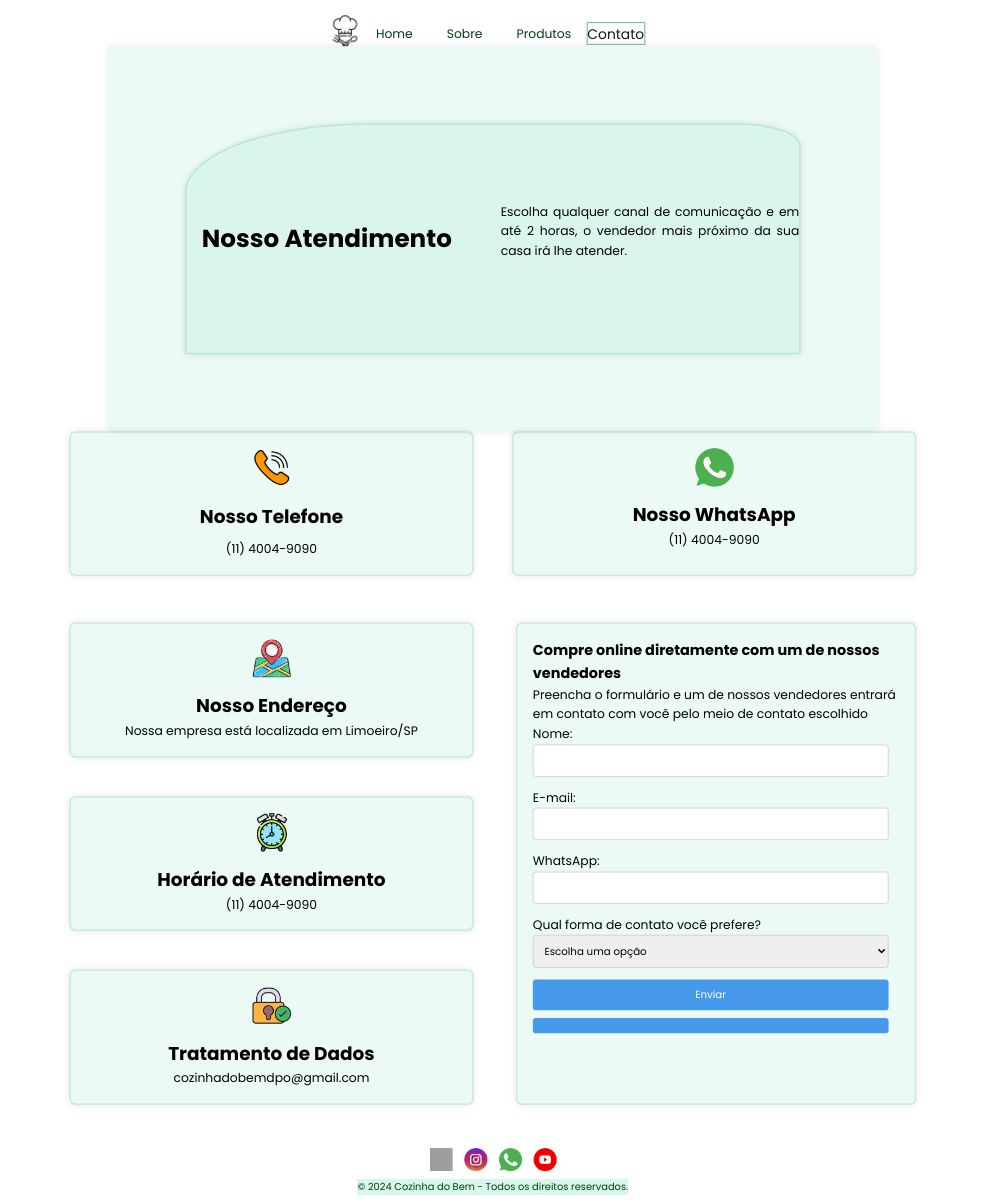
Repository: Thalia-Nataly/Cozinha-do-Bem-Proz
Page: contato.html
These files come from the project's save history. The page is drawn as it stood at one moment and after a run of saves; the edit follows.
The browser window is 1280 px wide. The pictures show the whole page, at 77% of full size.
Pictures or frames that could not be fetched are drawn as grey boxes.

Above is the page before, as saved 2024-08-25 19:20:09.

### contato.html
<!DOCTYPE html>
<html lang="pt-br">
<head>
    <meta charset="UTF-8">
    <meta name="viewport" content="width=device-width, initial-scale=1.0">
    <title>Contato</title>
    <link rel="icon" href="Imagens/favicon.jpg" type="image/jpg">
    <!-- CSS -->
    <link rel="stylesheet" href="css/stylegeral.css">
    <!-- JS -->
    <script src="js/menu.js" defer></script>
    <!-- Google Fonts -->
    <link rel="preconnect" href="https://fonts.googleapis.com">
    <link rel="preconnect" href="https://fonts.gstatic.com" crossorigin>
    <link href="https://fonts.googleapis.com/css2?family=Poppins:wght@100;200;300;400;500;600;700;800;900&display=swap" rel="stylesheet">
</head>
<body>
    <!-- Topo -->
    <a id="top"></a>

    <!-- Cabeçalho -->
    <header id="header">
       <div class="interface">
            <section class="logo">
                <img class="logo-branca" src="Imagens/logo.jpg" alt="Logo">
                <img class="logo-preto" src="Imagens/logo.jpg" alt="Logo">
            </section>
            <section class="menu-desktop">
                <nav>
                    <ul>
                        <li><a href="home.html">Home</a></li>
                        <li><a href="sobre.html">Sobre</a></li>
                        <li><a href="produtos.html">Produtos</a></li>
                    </ul>
                </nav>
            </section>
            <section class="btn-contato">
                <a href="contato.html">
                    <button>Contato</button>
                </a>
            </section>
        </div>
    </header>

    <!-- Main -->
    <main>
        <div class="main-content">
            <div class="box-conteiners">
                <div class="box-content">
                    <h1>Nosso Atendimento</h1>
                    <p><span>Escolha qualquer canal de comunicação e em até 2 horas, o vendedor mais próximo da sua casa irá lhe atender.</span></p>
                </div>
            </div>
        </div>

        <!-- Seções de Contato -->
        <div class="contact-container">
            <!-- Contêiner que contém o telefone e o WhatsApp -->
            <div class="contact-info-container">
                <div class="contact-info">
                    <div class="contact-box phone-box">
                        <img src="Imagens\telefone.png" alt="Ícone de Telefone" class="contact-icon">
                        <h2>Nosso Telefone</h2>
                        <p>(11) 4004-9090</p>
                    </div>
                    <div class="contact-box whatsapp-box">
                        <img src="Imagens\whatsapp_2504845.png" alt="Ícone de whatsapp" class="contact-icon">
                        <h2>Nosso WhatsApp</h2>
                        <p>(11) 4004-9090</p>
                    </div>
                </div>
            </div>

            <!-- Contêiner que contém os detalhes de contato e o formulário -->
            <div class="contact-details-form-container">
                <!-- Detalhes de contato -->
                <div class="contact-details">
                    <div class="contact-box">
                        <img src="Imagens\localização.png" alt="Ícone de Endereço" class="contact-icon">
                        <h2>Nosso Endereço</h2>
                        <p>Nossa empresa está localizada em Limoeiro/SP</p>
                    </div>
                    <div class="contact-box">
                        <img src="Imagens\horario.png" alt="Ícone de Relógio" class="contact-icon">
                        <h2>Horário de Atendimento</h2>
                        <p>(11) 4004-9090</p>
                    </div>
                    <div class="contact-box">
                        <img src="Imagens\cadeado.png" alt="Ícone de Cadeado" class="contact-icon">
                        <h2>Tratamento de Dados</h2>
                        <p>cozinhadobemdpo@gmail.com</p>
                    </div>
                </div>

                <!-- Formulário -->
                <div class="form-container">
                    <form>
                        <h3>Compre online diretamente com um de nossos vendedores</h3>
                        <p>Preencha o formulário e um de nossos vendedores entrará em contato com você pelo meio de contato escolhido </p>
                        <label for="nome">Nome: </label>
                        <input type="text" name="nome" id="nome" required>
                        <label for="email">E-mail: </label>
                        <input type="email" name="email" id="email" required>
                        <label for="tel">WhatsApp: </label>
                        <input type="tel" name="tel" id="tel" required>
                        <label for="contact-preference">Qual forma de contato você prefere?</label>
                        <select id="contact-preference" name="contact-preference" required>
                            <option value="" disabled selected>Escolha uma opção</option> <!-- Opção vazia que obrigará o usuário a escolher uma das opções abaixo -->
                            <option value="call">Ligação</option>
                            <option value="whatsapp">Mensagem no WhatsApp</option>
                        </select>

                        <button type="submit">Enviar</button>
                        <button type="submit" class="enviar" onclick="Enviar();" value="Enviar" />
                    </form>
                </div>
            </div>
        </div>
    </main>

    <!-- Rodapé -->
    <footer>
        <nav>
            <div class="footer-link">
                <a href="home.html" class="footer-logo">Cozinha do Bem</a>
            </div>
            <div class="social-links">
                <a href="https://www.facebook.com/" target="_blank" rel="noopener noreferrer">
                    <img src="Imagens/social_13051757.png" alt="Facebook"></a>
                <a href="https://www.instagram.com/" target="_blank" rel="noopener noreferrer">
                    <img src="Imagens/instagram_4494489.png" alt="Instagram"></a>
                <a href="https://wa.me/5544332156489" target="_blank" rel="noopener noreferrer">
                    <img src="Imagens/whatsapp_2504845.png" alt="Whatsapp"></a>
                <a href="https://www.youtube.com/" target="_blank" rel="noopener noreferrer">
                    <img src="Imagens/youtube_4494485.png" alt="Youtube"></a>
            </div>
            <p class="copyright">© 2024 Cozinha do Bem - Todos os direitos reservados.</p>
        </nav>
    </footer>
    <a href="#top" class="back-to-top">Voltar ao topo</a>
</body>
</html>

### css/stylegeral.css
/*reset*/
* {
    margin: 0;
    padding: 0;
    box-sizing: border-box;
    font-family: "Poppins", sans-serif;
}

/*----------------------------------------------------------------*/
/*media queries para ajustar o layout em diferentes tamanhos de tela.*/
@media (max-width: 768px) {
    .menu-desktop {
        display: none;
    }

    .menu-mobile {
        display: block;
    }
}

/*----------------------------------------------------------------*/
body {
    background-repeat: no-repeat, repeat;
    background-attachment: scroll, fixed;
    background-size: cover;
    line-height: 1.6;
    margin: 0;
    padding: 0;
    box-sizing: border-box;

}



/*----------------------------------------------------------------*/

/*PRODUTOS */
/* Cabeçalho */

main {

    margin-top: 60px;
}

.main-content {
    width: 1000%;
    max-width: 1000px;
    margin: 0 auto;
    padding: 80px;
    font-family: Arial, sans-serif;
    box-shadow: 0 0 10px rgba(0, 0, 0, 0.1);
    background-color: rgba(122, 223, 189, 0.153);
    border-radius: 8px;
}

.main-content h1 {
    margin-bottom: 20px;
    padding: 50px;

}

.main-content h3 {
    margin-top: 20px;
    margin-bottom: 10px;
}

.main-content p {
    margin-bottom: 20px;
}

.main-content ul {
    margin-bottom: 20px;
}

.main-content ul li {
    margin-bottom: 10px;
}

.main-content img {
    display: block;
    margin: 10px 0;
}



/* Main */
.content-container {
    display: flex;
    align-items: flex-start;
    gap: 15px;
    max-width: 1000px;
    margin-bottom: 50px;
    padding: 20px;
}

.text-box1 .text-box2 .text-box3 {
    border-radius: 8px;
    padding: 20px;
    box-sizing: border-box;
    max-width: 2000px;
    height: 650px;
}

.text-box1 {
    background-color: #aae5e8;
    flex: 1;
}

.text-box2 {
    background-color: #dbaaa3;
    flex: 1;
}

.text-box3 {
    background-color: #f7e7b2;
    flex: 1;
}

.image-box {
    flex: 1;
    max-width: 300px;
    height: 300px;
}

.image-right img {
    float: right;
    width: 200px;
    height: 200px;
}

.image-box img {
    width: 98%;
    height: 98%;
    border-radius: 8px;
    box-shadow: #000000;
    align-content: center;
}

.chips-container {
    background-color: #aae5e8;
    border-radius: 1%;
}

.arroz-container {
    background-color: #dbaaa3;
    border-radius: 1%;
}

.pizza-container {
    background-color: #f7e7b2;
    border-radius: 1%;
}

/*----------------------------------------------------------------*/
/* Formulário produto*/
.form-container {
    background-color: #7ad4ed24;
    border: 1px solid #ddd;
    border-radius: 8px;
    padding: 20px;
    box-shadow: 0 4px 8px rgba(0, 0, 0, 0.1);
    max-width: 1000px;
    margin: 0 auto;
    display: block;
    margin-top: 50px;
}

.form-container input,
.form-container button {
    display: block;
    width: 97%;
    margin-bottom: 10px;
    padding: 10px;
    border-radius: 4px;
    border: 1px solid #ddd;
    box-sizing: border-box;
}

.form-container button {
    background-color: #4799eb;
    color: #fff;
    border: none;
    cursor: pointer;
}

.form-container button:hover {
    background-color: #0056b3;
}


/*----------------------------------------------------------------*/


/* Footer GERAL */
footer {
    align-items: center;
    text-align: center;
    list-style: none;
}

.footer-logo {
    font-size: 24px;
    font-weight: bold;
    text-decoration: none;
    color: #ffffff;
}

.footer-logo:hover {
    color: #000000;
}


footer {
    background-color: transparent;
    padding: 8px;
    text-align: center;
}

footer nav {
    display: flex;
    flex-direction: column;
    align-items: center;
}

footer .footer-link {
    margin-bottom: 10px;
}

footer .social-links {
    display: flex;
    gap: 15px;
    margin-bottom: 10px;
}

footer .social-links a {
    text-decoration: none;
    color: #ffffff;
}

footer .social-links img {
    width: 30px;
    height: 30px;
    vertical-align: middle
}

footer .redes {
    display: flex;
    gap: 15px;
    margin-bottom: 10px;
}

ul.redes img {
    width: 30px;
    height: 30px;
    vertical-align: middle;
    list-style-type: none;
}


footer .social-links a:hover {
    color: #000000;
}

footer p {
    font-size: 0.8em;
    color: #ffffff;
    margin-top: 0;
}

.copyright {
    align-items: center;
    text-align: center;
    background-color: rgba(122, 223, 189, 0.293);
    color: rgb(3, 64, 5);
}

/*----------------------------------------------------------------*/

/* Botão "Voltar ao topo" */
.back-to-top {
    position: fixed;
    bottom: 10px;
    bottom: 33px;
    right: 20px;
    background-color: #ffffff;
    color: #0ba22f;
    padding: 10px;
    border-radius: 8px;
    text-decoration: none;
    font-size: 14px;
    box-shadow: 0 2px 4px rgba(0, 0, 0, 0.2);
    z-index: 1000;
    border: 2px solid #047110;

}

.back-to-top:hover {
    background-color: #047110;
    color: #ffffff;
}

/*----------------------------------------------------------------*/
/* Home video*/


.banner {
    width: 100%;
    height: 98vh;
    overflow: hidden;
    display: flex;
    justify-content: center;
    align-items: center;
}

.banner video {
    position: fixed;
    top: 0;
    left: 0;
    object-fit: cover;
    width: 100%;
    height: 98vh;
    z-index: -1;

}

/*----------------------------------------------------------------*/

/*navbar*/
.interface {
    max-width: 1280px;
    margin: 0 auto;
}

header .btn-contato button:hover {
    background-color: #078d07;
    color: #ffffff;
    transition: all 0.3s ease-in-out;
}

.menu-desktop nav a:hover {
    transform: scale(1.05);
}

/* Estilo do Header */
header {
    width: 100%;
    padding: 20px 0;
    position: fixed;
    top: 0;
    left: 0;

    transition: .5s;
    z-index: 5;
}

header .interface {
    display: flex;
    justify-content: center;
    align-items: center;
    background-color: transparent;

}

header .logo img {
    max-width: 40px;


}

/* ---------------------------------------------------------------- */
/* Estilo do Menu */

header .logo img.logo-preto {
    display: none;
}

header .menu-desktop nav ul {
    list-style-type: none;
}

header .menu-desktop nav ul li {
    display: inline-block;
    margin: 0 20px;
}

header .menu-desktop nav ul li a {
    color: #033915;
    text-decoration: none;
    display: inline-block;
    transition: .2s;
}

.menu-desktop nav a:hover {
    transform: scale(1.05);
}

header .btn-contato,
button .botaosaiba button {
    width: 90px;
    height: 4%;
}

header .btn-contato button,
.hero-site button,
.botaosaiba button {
    font-size: 18px;
    background-color: transparent;
    border: 1px solid #038d5acb;
    color: #171616;
    cursor: pointer;
    transition: .5s;
}

header .btn-contato button:hover,
.hero-site button:hover {
    background-color: #165850;
    color: #fbfffd;

}

header.rolar {
    background-color: #02484691;
    padding: 10px 0;
    box-shadow: 0 0 8px #0bb8a772;

}

header.rolar .menu-desktop nav ul li a {
    color: #ffffff;
}

header.rolar .btn-contato button:hover {
    background-color: #036047;
    color: #ebf5f4;
}

header.rolar .logo img.logo-branca {
    display: none;
}

header.rolar .logo img.logo-preto {
    display: block;
}

/*Hero-site*/
section.hero-site {
    height: 98vh;
    color: black;
}

.hero-site .interface {
    display: flex;
    align-items: center;
    height: 100%;
    margin: 0 auto;
}

.hero-site .txt-hero {
    background-color: rgba(122, 223, 189, 0.153);
    border-top-right-radius: 20%;
    border-top-left-radius: 20%;
}

.hero-site .txt-hero h1 {
    font-size: 4em;
    font-weight: 200;
}

.hero-site .txt-hero p {
    font-size: 20px;
    font-weight: 300;
    margin: 25px 0;
}

.hero-site .txt-hero p span {
    display: block;
}

.hero-site button,
.box-img button {
    width: 200px;
    height: 50px;
}

/* C O N T A T O    P Á G I N A   I N Í C I O*/
/* Contêiner principal de contato */
.contact-container {
    display: flex;
    flex-direction: column;
    align-items: center;
    gap: 20px; /* Espaço entre os elementos */
}


/* Contêiner que contém o telefone e o WhatsApp */
.contact-info-container {
    display: flex;
    justify-content: center;
    width: 100%;
    margin-bottom: 20px; /* Diminuir o espaço entre o WhatsApp e a linha de cima */
}

/* Ainhamento entre o telefone e o WhatsApp na mesma linha */
.contact-info {
    display: flex;
    gap: 50px; /* Espaçamento entre o telefone e WhatsApp */
}

/* Style para o telefone e o WhatsApp */
.contact-box {
    border-radius: 8px;
    padding: 20px; /* AAjustar o ícone e o texto */
    box-sizing: border-box;
    text-align: center;
    width: 525px; /* Ajustar a largura */
    background-color: rgba(122, 223, 189, 0.153);
    border: 2px solid #038d5a27;
    box-shadow: 0 0 10px rgba(0, 0, 0, 0.1);
}


/* Box telefone */
.phone-box {
    display: flex;
    flex-direction: column;
    align-items: center;
}

/* ícone telefone */
.contact-icon {
    width: 50px; /* Ajustar tamanho */
    height: auto;
    margin-bottom: 10px; /* Espaço entre a imagem e o texto */
}

/* Style para o título e o texto na caixa de telefone */
.phone-box h2 {
    margin: 10px 0;
}

.phone-box p {
    margin: 0;
}

/* Style para a caixa do WhatsApp */
.whatsapp-box {
    text-align: center;
}

/* Style para o contêiner de detalhes do contato e formulário */
.contact-details-form-container {
    display: flex;
    justify-content: space-between; /* Espaçamento automático para as colunas */
    width: 100%;
    max-width: 1100px; /* Largura máxima das colunas */
    margin-top: 20px; /* Espaço de cima contêiner */
}

/* Style para os detalhes de contato e formulário */
.contact-details, .form-container .form-produtos {
    display: flex;
    flex-direction: column;
    gap: 50px;
    width: 500px; /* Largura fixa para ambas as colunas (sem considerar o form) */
    box-sizing: border-box;
}

/* Style para o formulário */
.form-container
{
    margin-top: 10px; /* Diminuir o espaço entre o form e a linha de cima */
    height: auto; /* Altura do conteúdo */
    background-color: rgba(122, 223, 189, 0.153);
    border: 2px solid #038d5a27;
    box-shadow: 0 0 10px rgba(0, 0, 0, 0.1);
    border-radius: 8px;
    padding: 20px;
    max-width: 1000px;
    margin: 0 auto;
    display: block;
    margin-left: 80px; /* Adicionar espaço à esquerda do form */
}
.form-prodcontainer {
    width: 1000%;
    max-width: 1000px;
    margin: 0 auto;
    padding: 80px;
    font-family: Arial, sans-serif;
    box-shadow: 0 0 10px rgba(0, 0, 0, 0.1);
    background-color: rgba(122, 223, 189, 0.153);
    border-radius: 8px;
}
.form-produtos {
    margin-top: 10px; /* Diminuir o espaço entre o form e a linha de cima */
    height: auto; /* Altura do conteúdo */
    background-color: rgba(122, 223, 189, 0.153);
    border: 2px solid #038d5a27;
    box-shadow: 0 0 10px rgba(0, 0, 0, 0.1);
    border-radius: 8px;
    padding: 20px;
    max-width: 1000px;



}

/* Style dos campos de entrada e botão dentro do form */
.form-container input,
.form-container select,
.form-container button
.form-prodcontainer input,
.form-prodcontainer select
{
    display: block;
    width: 97%;
    margin-bottom: 15px;
    padding: 10px;
    border-radius: 4px;
    border: 1px solid #cccccc; /* Cor da borda dos campos */
    box-sizing: border-box;
}
.form-prodcontainer button{
    height:auto;
    width: 70px;
    margin-bottom: 15px;
    background-color: #4799eb;
    color: white;
    border: none;
    cursor: pointer;
    border-radius: 4px;
}

/* Estilo do botão dentro do form */
.form-container button
.form-prodcontainer  button {
    background-color: #ffffff;
    color: #047110;
    border: none;
    cursor: pointer;
    border: 2px solid #00000027;
}

.form-container button:hover
.form-prodcontainer form button:hover {
    background-color: #047110;
    color: #ffffff;
}



/*----------------------------------------------------------------*/
/* Boxes */
.box-img img {
    width: 200px;
    height: 200px;
}

.box-conteiners {

    padding: 20px;
    max-width: auto;
    height: auto;
    list-style-type: none;
    display: flex;
    justify-content: center;
    align-items: center;
    flex: wrap;



}


.box-content {

    width: 800px;
    height: 300px;
    background-color: rgba(122, 223, 189, 0.153);
    border: 2px solid #038d5a27;
    box-shadow: 0 0 10px rgba(0, 0, 0, 0.1);

    border-start-start-radius: 30%;
    border-start-end-radius: 10%;
    order: 1;
    display: flex;
    justify-content: center;
    align-items: center;
    flex: wrap;




}

.box-content h1 {
    width: 800px;
    display: flex;
    margin-top: 20px;
    align-self: center;
    padding: 20px;

}

.box-content p {
    width: 800px;
    text-align: justify;
    display: block;

    align-self: center;
    flex-direction: left;
}


.box-img {

    width: 250px;
    height: auto;
    align-self: center;
    padding: 20px;



}

.box-img img {
    border-radius: 20%;

}

.box-sobre {

    width: 800px;
    height: auto;
    padding: 20px;
    order: 1;
    border-end-end-radius: 10%;
    border-start-end-radius: 10%;



}

.botaosaiba {
    display: flex;
    align-self: center;
    flex-direction: center;
    order: 1;

}

### js/menu.js

//cor do menu mudar quando rolar p baixo//
let navBar = document.querySelector('#header');

document.addEventListener('scroll', ()=>{
    let scrollTop = window.scrollY;
    if(scrollTop > 0){
        navBar.classList.add('rolar');
    }else{
        navBar.classList.remove('rolar');
    }

} )

// botao voltar ao topo apenas aparecer quando rolar p baixo//
window.onscroll = function() {
    var topButton = document.querySelector('.back-to-top');
    if (document.body.scrollTop > 20 || document.documentElement.scrollTop > 20) {
        topButton.style.display = "block";
    } else {
        topButton.style.display = "none";
    }
};

// formulario de contato//
function Enviar() {

    var nome = document.getElementById("nomeid");

    if (nome.value != "") {
        alert('Obrigado sr(a) ' + nome.value + ' os seus dados foram encaminhados com sucesso');
    }

}

After the next 2 saves:
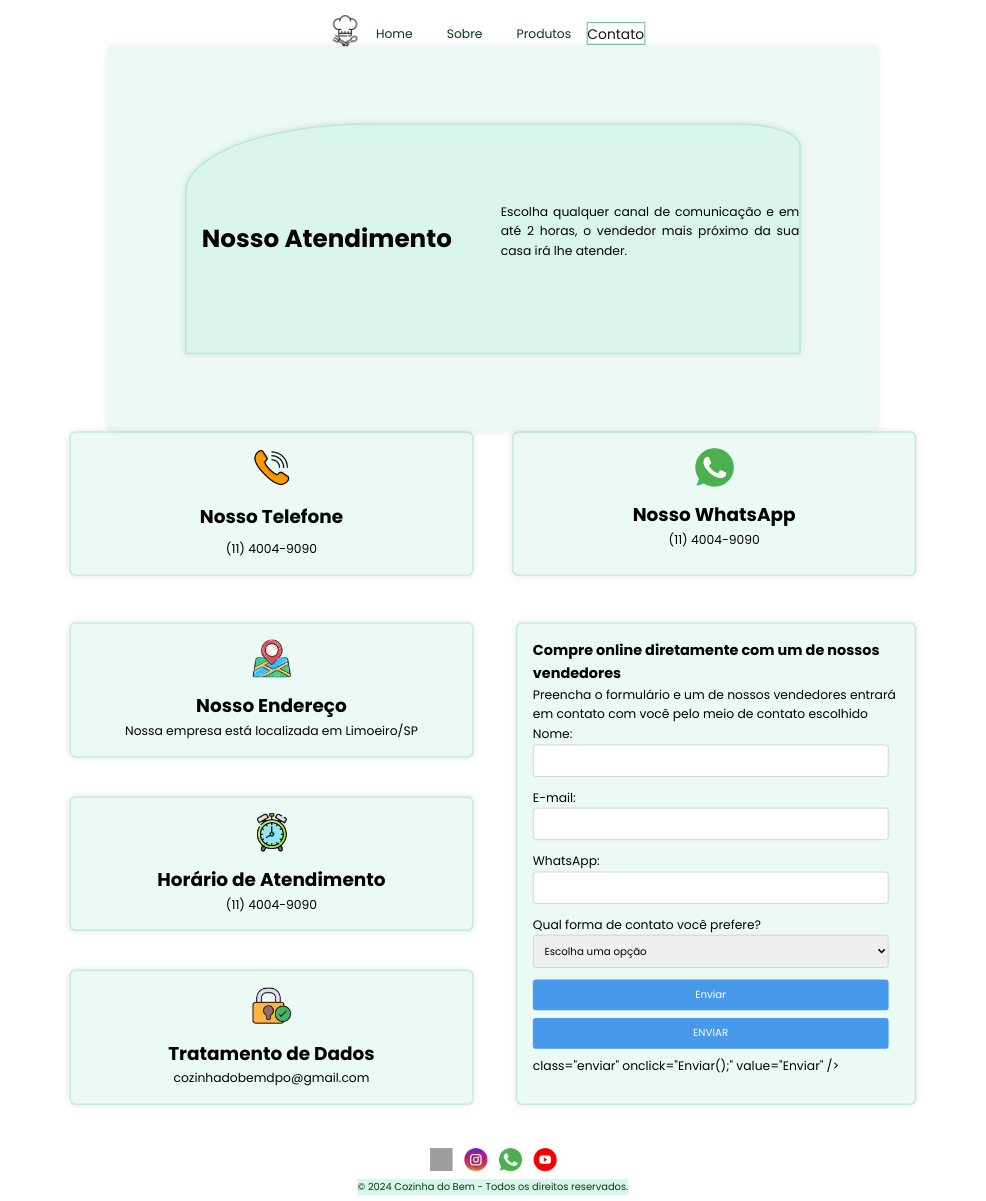
The 2 saves are shown as one change because they came seconds apart.
The last was saved 20 s later.
--- a/contato.html
+++ b/contato.html
@@ -111,7 +111,7 @@
                         </select>
 
                         <button type="submit">Enviar</button>
-                        <button type="submit" class="enviar" onclick="Enviar();" value="Enviar" />
+                        <button type="submit">ENVIAR</button> class="enviar" onclick="Enviar();" value="Enviar" />
                     </form>
                 </div>
             </div>
